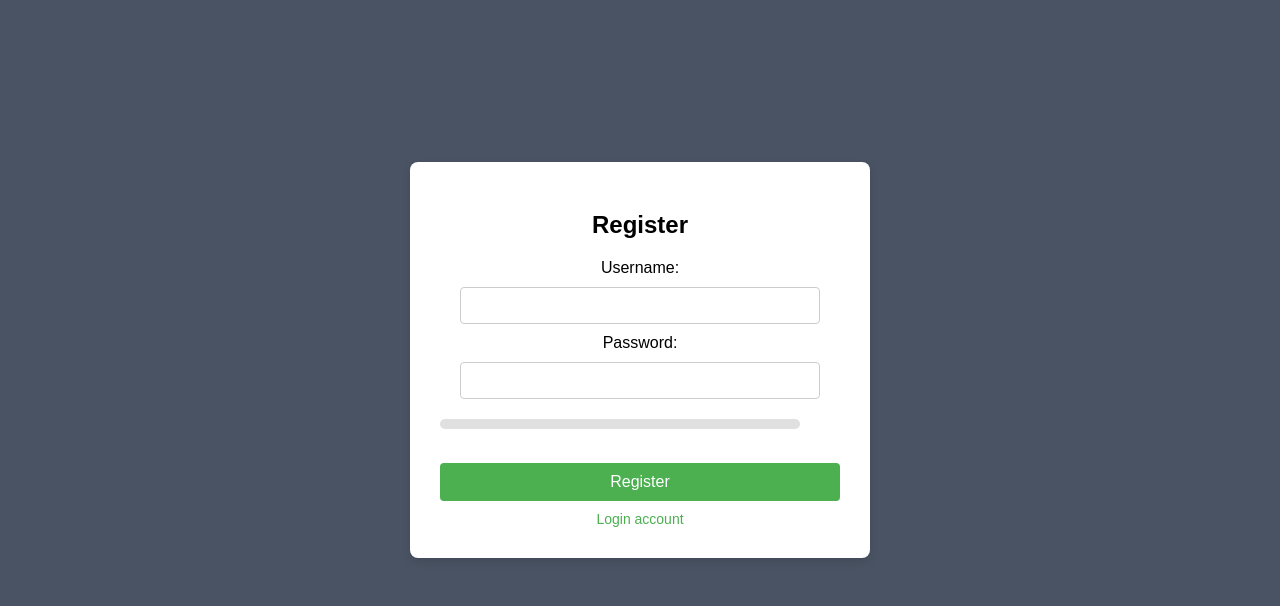
Repository: wolvicjohn/argon2
Page: http://localhost/register.php
The author's editor kept a copy of each file at every save. The page is drawn from the files as they stood at one save, then again after the next save.
The browser window is 1280 px wide. The pictures show the whole page.
The page is run by PHP 8.4 with error messages shown; the project is at /var/www/html/.

Above is the page before, as saved 2024-10-18 01:18:48.

### register.php
<?php
// Database connection
$host = 'localhost';
$db = 'argon2_auth';
$user = 'root';  // or your DB username
$pass = '';      // or your DB password

$dsn = "mysql:host=$host;dbname=$db;charset=utf8mb4";
$options = [
    PDO::ATTR_ERRMODE => PDO::ERRMODE_EXCEPTION,
    PDO::ATTR_DEFAULT_FETCH_MODE => PDO::FETCH_ASSOC,
];

try {
    $pdo = new PDO($dsn, $user, $pass, $options);
} catch (PDOException $e) {
    die("Database connection failed: " . $e->getMessage());
}

if ($_SERVER['REQUEST_METHOD'] === 'POST') {
    $username = $_POST['username'];
    $password = $_POST['password'];

    // Check if the username is already taken
    $stmt = $pdo->prepare('SELECT id FROM users WHERE username = ?');
    $stmt->execute([$username]);
    if ($stmt->fetch()) {
        die('Username is already taken');
    }

    // Hash the password using Argon2
    $passwordHash = password_hash($password, PASSWORD_ARGON2ID);

    // Insert the new user into the database
    $stmt = $pdo->prepare('INSERT INTO users (username, password_hash) VALUES (?, ?)');
    $stmt->execute([$username, $passwordHash]);

    echo "User registered successfully!";
}
?>

<!DOCTYPE html>
<html lang="en">

<head>
    <meta charset="UTF-8">
    <title>Register</title>
    <link rel="stylesheet" href="styles.css">
</head>

<body>

    <div class="container">
        <h2>Register</h2>
        <form action="register.php" method="POST">
            <label for="username">Username:</label><br>
            <input type="text" name="username" id="username" required><br>

            <label for="password">Password:</label><br>
            <input type="password" name="password" id="password" required><br>

            <div class="password-strength">
                <div class="strength-bar" id="strength-bar"></div>
            </div>
            <p id="strength-text"></p><br>

            <button type="submit">Register</button>
            <a href="login.php" class="button">Login account</a>
        </form>
    </div>

    <script>
        const passwordInput = document.getElementById('password');
        const strengthBar = document.getElementById('strength-bar');
        const strengthText = document.getElementById('strength-text');

        passwordInput.addEventListener('input', () => {
            const strength = calculateStrength(passwordInput.value);
            updateStrengthMeter(strength);
        });

        function calculateStrength(password) {
            let strength = 0;

            if (password.length >= 8) strength++;
            if (/[A-Z]/.test(password)) strength++;
            if (/[a-z]/.test(password)) strength++;
            if (/[0-9]/.test(password)) strength++;
            if (/[^A-Za-z0-9]/.test(password)) strength++;

            return strength;
        }

        function updateStrengthMeter(strength) {
            strengthBar.className = '';

            if (strength <= 1) {
                strengthBar.style.width = '20%';
                strengthBar.classList.add('strength-weak');
                strengthText.textContent = 'Weak';
            } else if (strength <= 3) {
                strengthBar.style.width = '60%';
                strengthBar.classList.add('strength-medium');
                strengthText.textContent = 'Medium';
            } else {
                strengthBar.style.width = '100%';
                strengthBar.classList.add('strength-strong');
                strengthText.textContent = 'Strong';
            }
        }
    </script>
</body>

</html>

### styles.css
/* styles.css */

/* Global Styling */
body {
    font-family: 'Arial', sans-serif;
    background-color: #495363;
    margin: 0;
    padding: 0;
    display: flex;
    justify-content: center;
    align-items: center;
    height: 100vh;
}

.container {
    background-color: white;
    padding: 30px;
    border-radius: 8px;
    box-shadow: 0 4px 8px rgba(0, 0, 0, 0.1);
    width: 400px;
    text-align: center;
}

h2 {
    margin-bottom: 20px;
}

input {
    margin: 10px 0;
    padding: 10px;
    width: 90%;
    border: 1px solid #ccc;
    border-radius: 4px;
    box-sizing: border-box;
}

button {
    width: 100%;
    padding: 10px;
    background-color: #4CAF50;
    color: white;
    border: none;
    border-radius: 4px;
    cursor: pointer;
    font-size: 16px;
}

button:hover {
    background-color: #45a049;
}

a.button {
    display: inline-block;
    margin-top: 10px;
    text-decoration: none;
    color: #4CAF50;
    font-size: 14px;
}

a.button:hover {
    text-decoration: underline;
}

/* Password Strength Meter */
.password-strength {
    margin-top: 10px;
    height: 10px;
    width: 90%;
    background-color: #e0e0e0;
    border-radius: 5px;
    overflow: hidden;
}

.strength-bar {
    height: 100%;
    width: 0;
    transition: width 0.3s;
}

.strength-weak {
    background-color: red;
}

.strength-medium {
    background-color: orange;
}

.strength-strong {
    background-color: green;
}

After the next save:
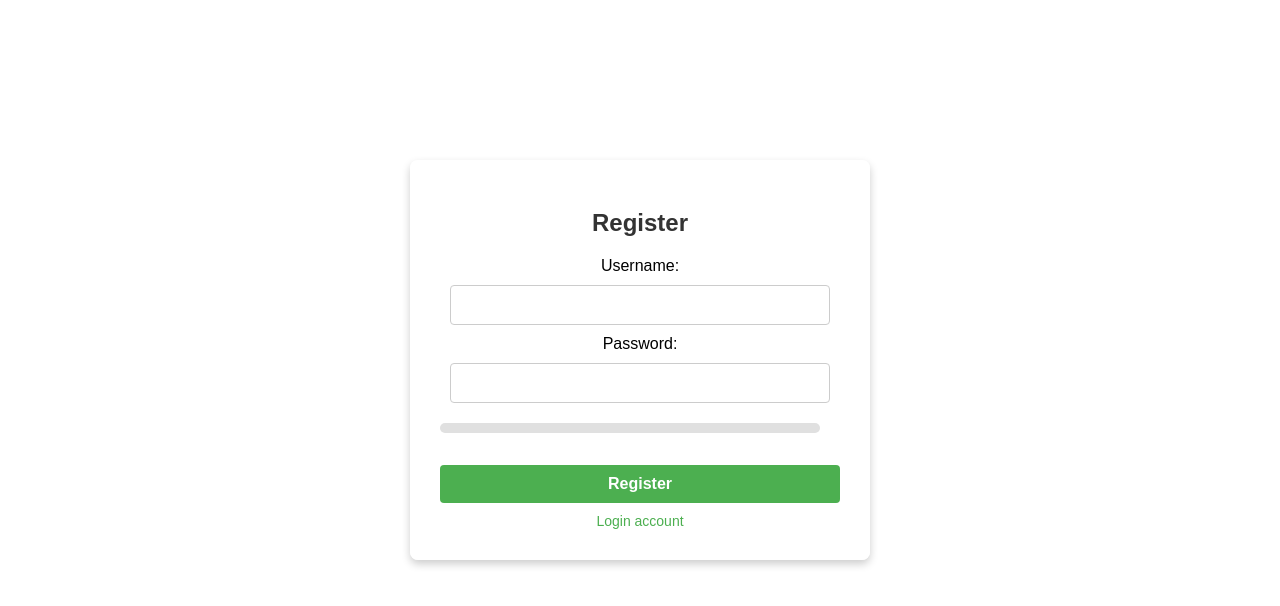
Saved 52 s later.
--- a/styles.css
+++ b/styles.css
@@ -1,39 +1,61 @@
 /* styles.css */
 
-/* Global Styling */
+/* Body Styling for Full-Page Background */
 body {
-    font-family: 'Arial', sans-serif;
-    background-color: #495363;
     margin: 0;
     padding: 0;
+    height: 100vh;
+    width: 100vw;
+    overflow: hidden;
     display: flex;
     justify-content: center;
     align-items: center;
-    height: 100vh;
+    position: relative;
+    font-family: 'Arial', sans-serif; /* Default font */
 }
 
+/* Make the GIF cover the background */
+.tenor-gif-embed {
+    position: absolute;
+    top: 0;
+    left: 0;
+    width: 100%;
+    height: 100%;
+    z-index: -1;
+    overflow: hidden;
+    pointer-events: none; /* Prevents interaction with the GIF */
+}
+
+/* Container Design */
 .container {
-    background-color: white;
+    background-color: rgba(255, 255, 255, 0.9); /* Slightly more opaque for better visibility */
     padding: 30px;
     border-radius: 8px;
-    box-shadow: 0 4px 8px rgba(0, 0, 0, 0.1);
+    box-shadow: 0 4px 8px rgba(0, 0, 0, 0.2);
     width: 400px;
     text-align: center;
+    z-index: 1;
 }
 
+/* Headings and Inputs */
 h2 {
     margin-bottom: 20px;
+    font-size: 24px; /* Larger font size for the heading */
+    font-weight: bold; /* Bold text */
+    color: #333; /* Darker color for better readability */
 }
 
 input {
     margin: 10px 0;
     padding: 10px;
-    width: 90%;
+    width: calc(100% - 20px); /* Full width minus padding */
     border: 1px solid #ccc;
     border-radius: 4px;
     box-sizing: border-box;
+    font-size: 16px; /* Font size for inputs */
 }
 
+/* Button Styling */
 button {
     width: 100%;
     padding: 10px;
@@ -43,6 +65,7 @@
     border-radius: 4px;
     cursor: pointer;
     font-size: 16px;
+    font-weight: bold; /* Bold text for buttons */
 }
 
 button:hover {
@@ -65,7 +88,7 @@
 .password-strength {
     margin-top: 10px;
     height: 10px;
-    width: 90%;
+    width: calc(100% - 20px); /* Full width minus padding */
     background-color: #e0e0e0;
     border-radius: 5px;
     overflow: hidden;
@@ -88,3 +111,10 @@
 .strength-strong {
     background-color: green;
 }
+
+/* Strength Text */
+#strength-text {
+    font-size: 14px; /* Font size for strength text */
+    font-weight: bold; /* Bold text for strength indication */
+    margin-top: 5px;
+}

After the save that followed:
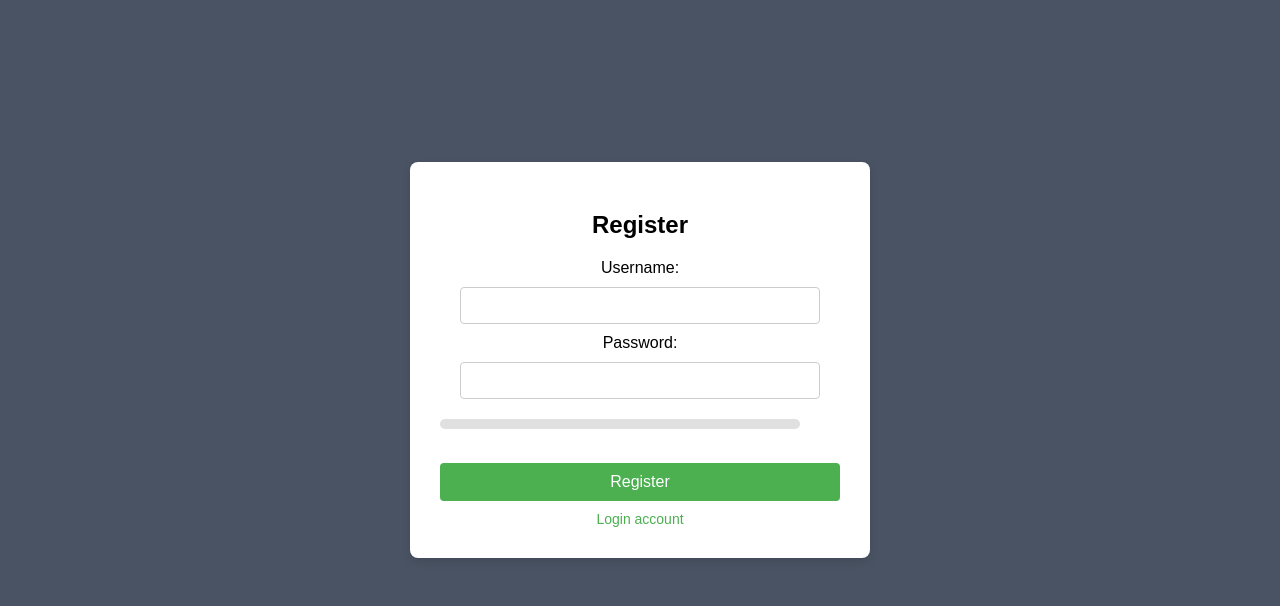
Saved 60 s later.
--- a/styles.css
+++ b/styles.css
@@ -1,61 +1,39 @@
 /* styles.css */
 
-/* Body Styling for Full-Page Background */
+/* Global Styling */
 body {
+    font-family: 'Arial', sans-serif;
+    background-color: #495363;
     margin: 0;
     padding: 0;
-    height: 100vh;
-    width: 100vw;
-    overflow: hidden;
     display: flex;
     justify-content: center;
     align-items: center;
-    position: relative;
-    font-family: 'Arial', sans-serif; /* Default font */
+    height: 100vh;
 }
 
-/* Make the GIF cover the background */
-.tenor-gif-embed {
-    position: absolute;
-    top: 0;
-    left: 0;
-    width: 100%;
-    height: 100%;
-    z-index: -1;
-    overflow: hidden;
-    pointer-events: none; /* Prevents interaction with the GIF */
+.container {
+    background-color: white;
+    padding: 30px;
+    border-radius: 8px;
+    box-shadow: 0 4px 8px rgba(0, 0, 0, 0.1);
+    width: 400px;
+    text-align: center;
 }
 
-/* Container Design */
-.container {
-    background-color: rgba(255, 255, 255, 0.9); /* Slightly more opaque for better visibility */
-    padding: 30px;
-    border-radius: 8px;
-    box-shadow: 0 4px 8px rgba(0, 0, 0, 0.2);
-    width: 400px;
-    text-align: center;
-    z-index: 1;
-}
-
-/* Headings and Inputs */
 h2 {
     margin-bottom: 20px;
-    font-size: 24px; /* Larger font size for the heading */
-    font-weight: bold; /* Bold text */
-    color: #333; /* Darker color for better readability */
 }
 
 input {
     margin: 10px 0;
     padding: 10px;
-    width: calc(100% - 20px); /* Full width minus padding */
+    width: 90%;
     border: 1px solid #ccc;
     border-radius: 4px;
     box-sizing: border-box;
-    font-size: 16px; /* Font size for inputs */
 }
 
-/* Button Styling */
 button {
     width: 100%;
     padding: 10px;
@@ -65,7 +43,6 @@
     border-radius: 4px;
     cursor: pointer;
     font-size: 16px;
-    font-weight: bold; /* Bold text for buttons */
 }
 
 button:hover {
@@ -88,7 +65,7 @@
 .password-strength {
     margin-top: 10px;
     height: 10px;
-    width: calc(100% - 20px); /* Full width minus padding */
+    width: 90%;
     background-color: #e0e0e0;
     border-radius: 5px;
     overflow: hidden;
@@ -111,10 +88,3 @@
 .strength-strong {
     background-color: green;
 }
-
-/* Strength Text */
-#strength-text {
-    font-size: 14px; /* Font size for strength text */
-    font-weight: bold; /* Bold text for strength indication */
-    margin-top: 5px;
-}
